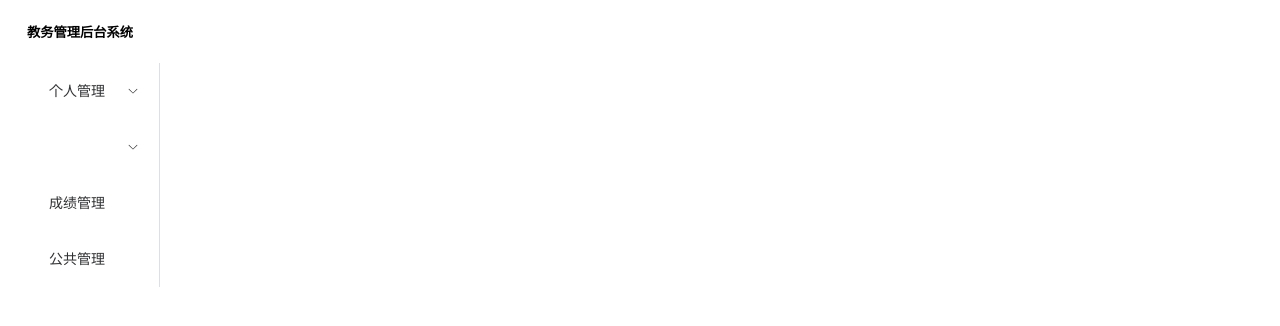
Repository: songlin-q/EducationalAdministrationSysTem
Page: /Reedit (app in EducationalAdministrationSystemUI/educationsystem/)
These files come from the project's save history. The page is drawn as it stood at one moment and after a run of saves; the edit follows.
The browser window is 1280 px wide. The pictures show the whole page.
The project was rebuilt for these pictures with package versions that can differ from the ones it lists, and the page was loaded fresh each time. Also part of the build but not shown: EducationalAdministrationSystemUI/educationsystem/vue.config.js, EducationalAdministrationSystemUI/educationsystem/src/components/HelloWorld.vue, EducationalAdministrationSystemUI/educationsystem/src/components/Identity/IdentityCode.vue, EducationalAdministrationSystemUI/educationsystem/src/components/Identity/IdentityCode2.vue, EducationalAdministrationSystemUI/educationsystem/src/components/MainOne.vue.

Above is the page before, as saved 2022-05-24 11:38:08.

After the next 2 saves:
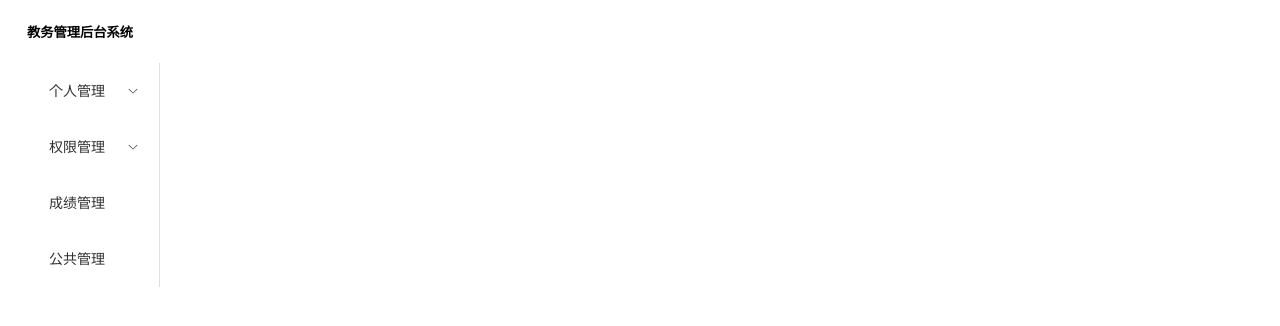
The 2 saves are shown as one change because they came seconds apart.
The last was saved 7 s later.
--- a/EducationalAdministrationSystemUI/educationsystem/src/components/MainInfo.vue
+++ b/EducationalAdministrationSystemUI/educationsystem/src/components/MainInfo.vue
@@ -17,7 +17,10 @@
           <el-menu-item index="1-2">item one</el-menu-item>
         </el-sub-menu>
         <el-sub-menu index="2">
-          <template></template>
+          <template #title>
+            <el-icon><icon-menu /></el-icon>
+            <span>权限管理</span>
+          </template>
         </el-sub-menu>
         <el-menu-item index="3">
           <el-icon><document /></el-icon>
